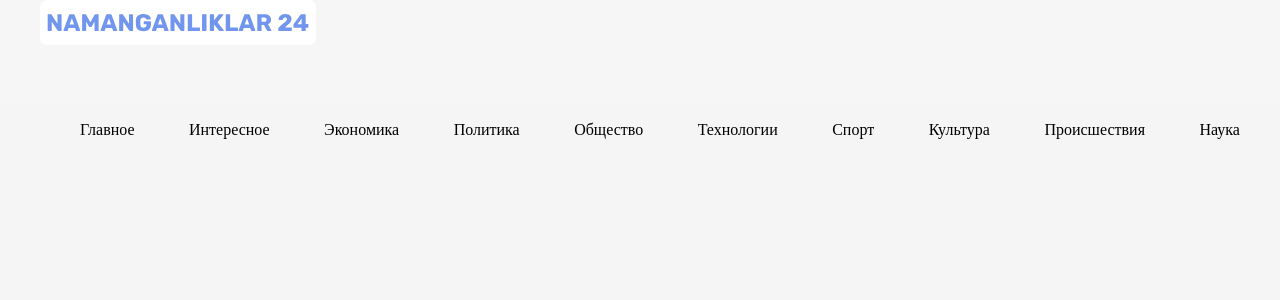
Repository: UlugbekAbdurasulov/projekt
Page: index.html
An editor plug-in stored every save of this project. The page is shown before and after a run of saves, followed by the edit.
The browser window is 1280 px wide. The pictures show the whole page.

Above is the page before, as saved 2023-05-29 16:09:56.

After the next 5 saves:
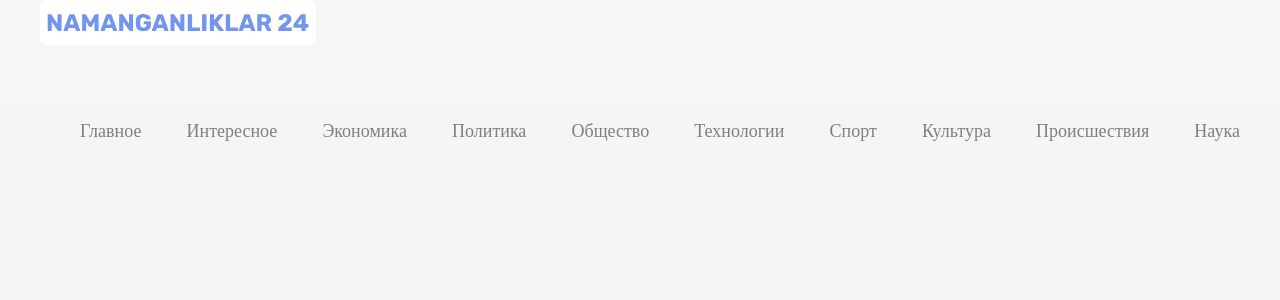
The 5 saves are shown as one change because they came seconds apart.
The last was saved 12 s later.
--- a/css/main.css
+++ b/css/main.css
@@ -22,3 +22,12 @@ height: 105px;
     display: flex;
     justify-content: space-between;
 }
+.menu-text{
+    font-family: 'Rubik';
+font-style: normal;
+font-weight: 500;
+font-size: 18px;
+line-height: 21px;
+text-align: center;
+color: #7F7F7F;
+}
